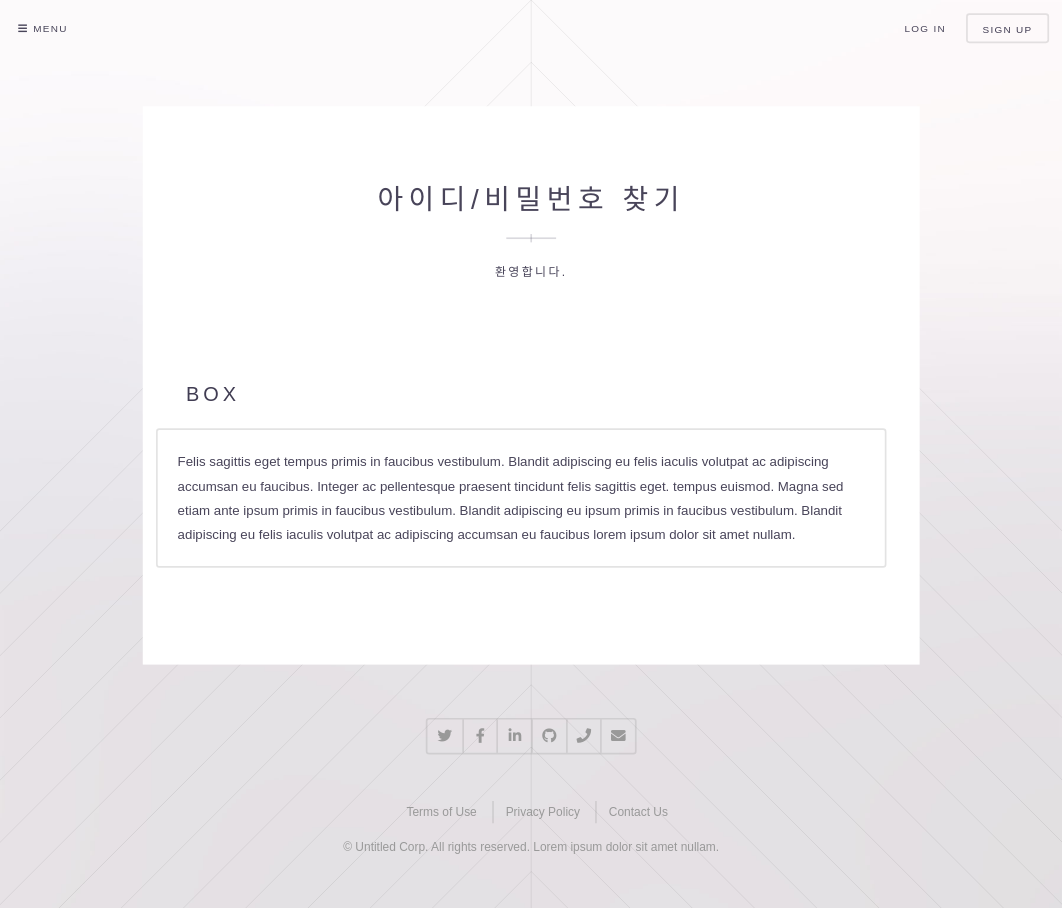
Repository: WKMoon/JavaScript-Project
Page: myFront/WebContent/find.html
The author's editor kept a copy of each file at every save. The page is drawn from the files as they stood at one save, then again after the next save.
The browser window is 1280 px wide. The pictures show the whole page, at 83% of full size.
Some web fonts or font styles are not loaded; a fallback is used.

Above is the page before, as saved 2021-02-25 08:05:37.

### myFront/WebContent/find.html
<!DOCTYPE html>
<html>
<head>
<meta charset="UTF-8">
<meta name="viewport" content="width=device-width, initial-scale=1, user-scalable=no" />
<link rel="stylesheet" href="assets/css/main.css" />
<title>아이디/비밀번호 찾기</title>
</head>
	<body class="is-preload">

		<!-- Header -->
			<header id="header">
				<a href="#menu">Menu</a>
				<a href="login.html">Log In</a>
				<a href="signup.html" class="button">Sign Up</a>
			</header>

		<!-- Nav -->
			<nav id="menu">
				<ul class="links">
					<li><a href="index.html">Home</a></li>
					<li><a href="generic.html">Generic</a></li>
					<li><a href="elements.html">Elements</a></li>
				</ul>
				<ul class="actions stacked">
					<li><a href="login.html" class="button primary fit">Log In</a></li>
					<li><a href="signup.html" class="button fit">Sign Up</a></li>
				</ul>
			</nav>


		<!-- Main -->
			<section id="main" class="wrapper style1">
				<div class="inner">

					<!-- Title -->
						<header class="major special">
							<h1>아이디/비밀번호 찾기</h1>
							<p>환영합니다.</p>
						</header>

					<!-- Content -->
						<div class="content">
							<form method="post" action="#">
											<div class="row">
												<h3>Box</h3>
										<div class="box">
											<p>Felis sagittis eget tempus primis in faucibus vestibulum. Blandit adipiscing eu felis iaculis volutpat ac adipiscing accumsan eu faucibus. Integer ac pellentesque praesent tincidunt felis sagittis eget. tempus euismod. Magna sed etiam ante ipsum primis in faucibus vestibulum. Blandit adipiscing eu ipsum primis in faucibus vestibulum. Blandit adipiscing eu felis iaculis volutpat ac adipiscing accumsan eu faucibus lorem ipsum dolor sit amet nullam.</p>
										</div>
											</div>
										</form>
						</div>

				</div>
			</section>

		<!-- Footer -->
			<footer id="footer">
				<ul class="alt-icons">
					<li><a href="#" class="icon brands fa-twitter"><span class="label">Twitter</span></a></li>
					<li><a href="#" class="icon brands fa-facebook-f"><span class="label">Facebook</span></a></li>
					<li><a href="#" class="icon brands fa-linkedin-in"><span class="label">LinkedIn</span></a></li>
					<li><a href="#" class="icon brands fa-github"><span class="label">GitHub</span></a></li>
					<li><a href="#" class="icon solid fa-phone"><span class="label">Phone</span></a></li>
					<li><a href="#" class="icon solid fa-envelope"><span class="label">Email</span></a></li>
				</ul>
				<ul class="menu">
					<li><a href="#">Terms of Use</a></li>
					<li><a href="#">Privacy Policy</a></li>
					<li><a href="#">Contact Us</a></li>
				</ul>
				<p class="copyright">
					&copy; Untitled Corp. All rights reserved. Lorem ipsum dolor sit amet nullam.
				</p>
			</footer>

		<!-- Scripts -->
			<script src="assets/js/jquery.min.js"></script>
			<script src="assets/js/jquery.scrolly.min.js"></script>
			<script src="assets/js/jquery.scrollex.min.js"></script>
			<script src="assets/js/browser.min.js"></script>
			<script src="assets/js/breakpoints.min.js"></script>
			<script src="assets/js/util.js"></script>
			<script src="assets/js/main.js"></script>

	</body>
</html>

Loaded but not shown: myFront/WebContent/assets/js/jquery.min.js (library); myFront/WebContent/assets/js/jquery.scrolly.min.js (common file); myFront/WebContent/assets/js/jquery.scrollex.min.js (common file); myFront/WebContent/assets/js/browser.min.js (common file); myFront/WebContent/assets/js/breakpoints.min.js (common file); myFront/WebContent/assets/css/fontawesome-all.min.css (library); myFront/WebContent/assets/js/util.js (587 lines, source omitted); myFront/WebContent/assets/js/main.js (57 lines, source omitted); myFront/WebContent/assets/css/main.css (4487 lines, source omitted)

After the next save:
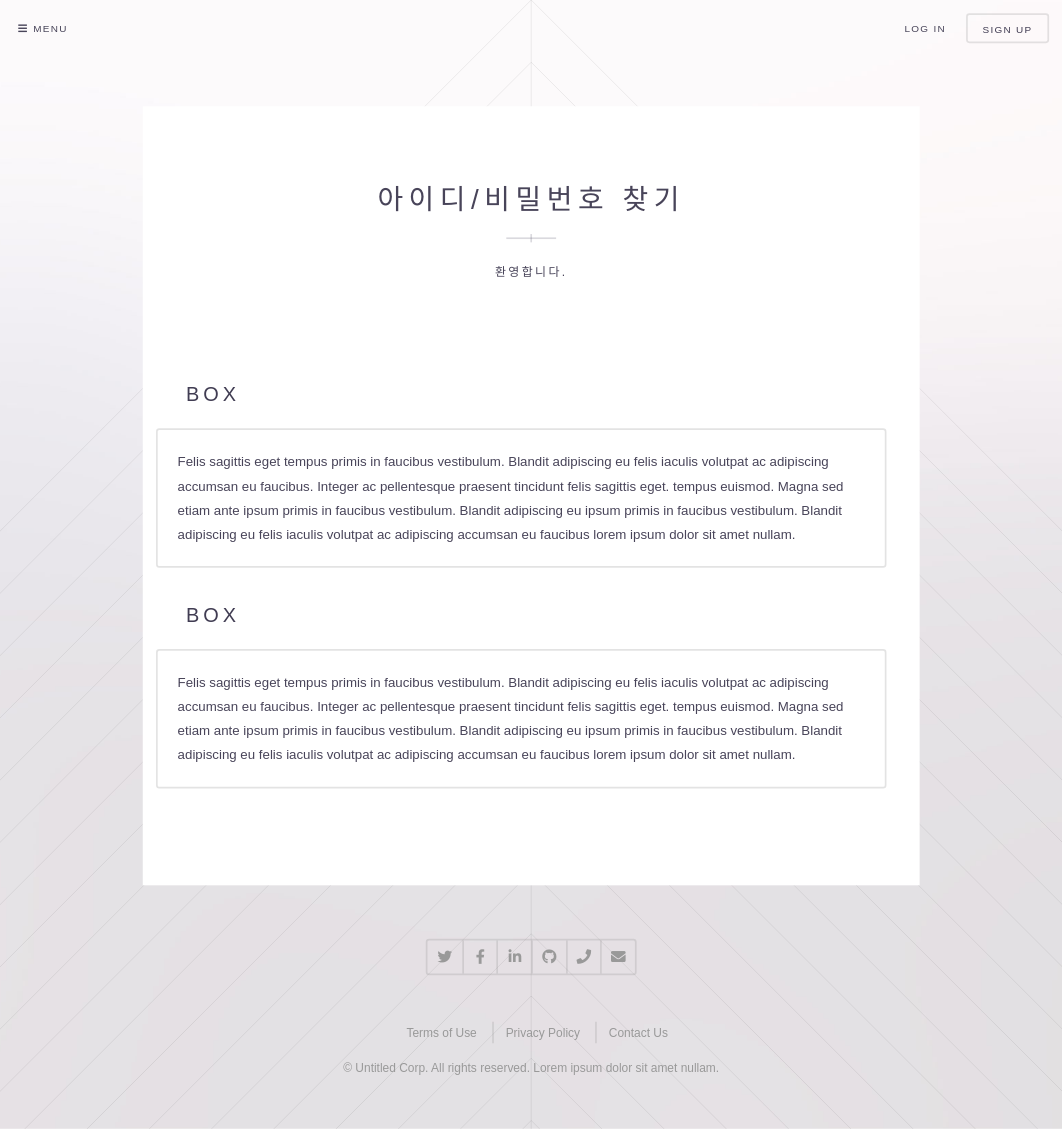
Saved 12 s later.
--- a/myFront/WebContent/find.html
+++ b/myFront/WebContent/find.html
@@ -47,6 +47,11 @@
 										<div class="box">
 											<p>Felis sagittis eget tempus primis in faucibus vestibulum. Blandit adipiscing eu felis iaculis volutpat ac adipiscing accumsan eu faucibus. Integer ac pellentesque praesent tincidunt felis sagittis eget. tempus euismod. Magna sed etiam ante ipsum primis in faucibus vestibulum. Blandit adipiscing eu ipsum primis in faucibus vestibulum. Blandit adipiscing eu felis iaculis volutpat ac adipiscing accumsan eu faucibus lorem ipsum dolor sit amet nullam.</p>
 										</div>
+
+										<h3>Box</h3>
+										<div class="box">
+											<p>Felis sagittis eget tempus primis in faucibus vestibulum. Blandit adipiscing eu felis iaculis volutpat ac adipiscing accumsan eu faucibus. Integer ac pellentesque praesent tincidunt felis sagittis eget. tempus euismod. Magna sed etiam ante ipsum primis in faucibus vestibulum. Blandit adipiscing eu ipsum primis in faucibus vestibulum. Blandit adipiscing eu felis iaculis volutpat ac adipiscing accumsan eu faucibus lorem ipsum dolor sit amet nullam.</p>
+										</div>
 											</div>
 										</form>
 						</div>
